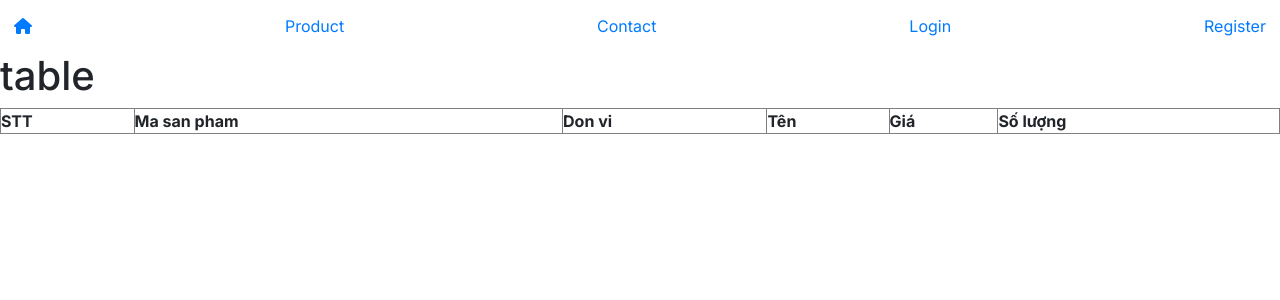
Repository: bao2222/hoc-lam-web
Page: About-me.html
These files come from the project's save history. The page is drawn as it stood at one moment and after the next save; the edit follows.
The browser window is 1280 px wide. The pictures show the whole page.
Some web fonts or font styles are not loaded; a fallback is used.

Above is the page before, as saved 2025-01-23 17:25:48.

After the next save:
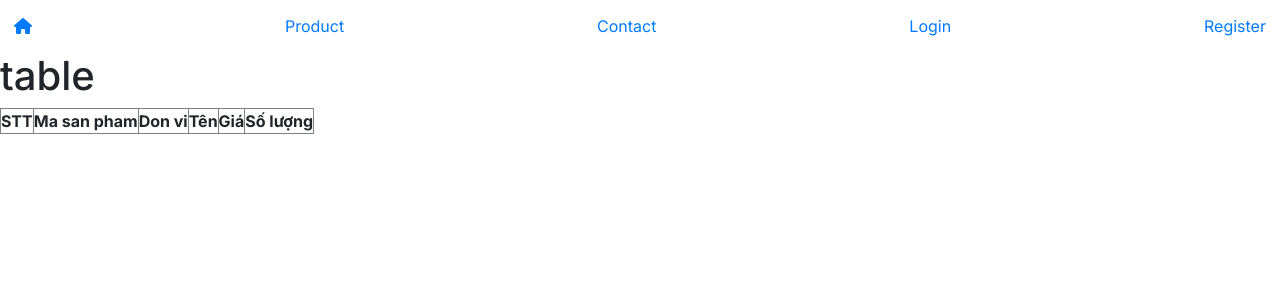
Saved 34 s later.
--- a/About-me.html
+++ b/About-me.html
@@ -41,7 +41,7 @@
         </header>
         <main>
             <h1>table</h1>
-            <table border="1" width="100%" height="100%">
+            <table border="1">
                 <tr>
                     <th>STT </th>
                     <th>Ma san pham </th>
